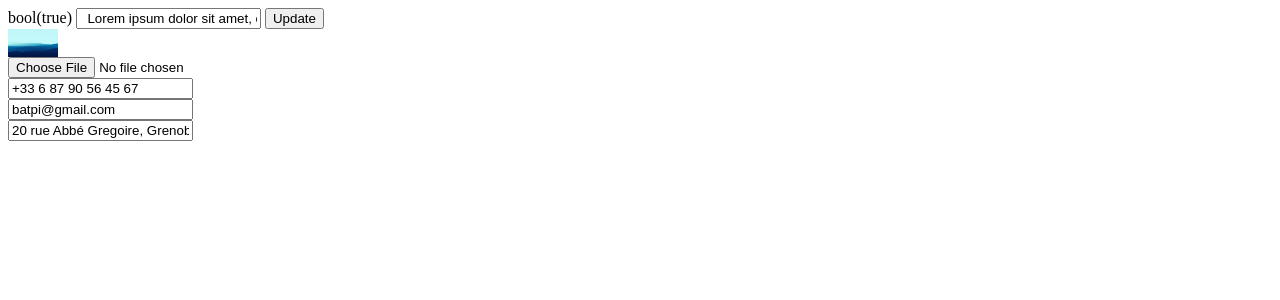
Repository: Yoon-Dev/ProjetS4
Page: http://localhost/backoffice/admin/index.php
The author's editor kept a record of every edit. The page is drawn from the files as they stood at one moment, then again after the next edit.
The browser window is 1280 px wide. The pictures show the whole page.
The page is run by PHP 8.4 with error messages shown; the project is at /var/www/html/. The session is filled in as if someone had signed in: {"acces": true}. The database holds what the project's SQL file puts in it.

Above is the page before.

After the next edit:
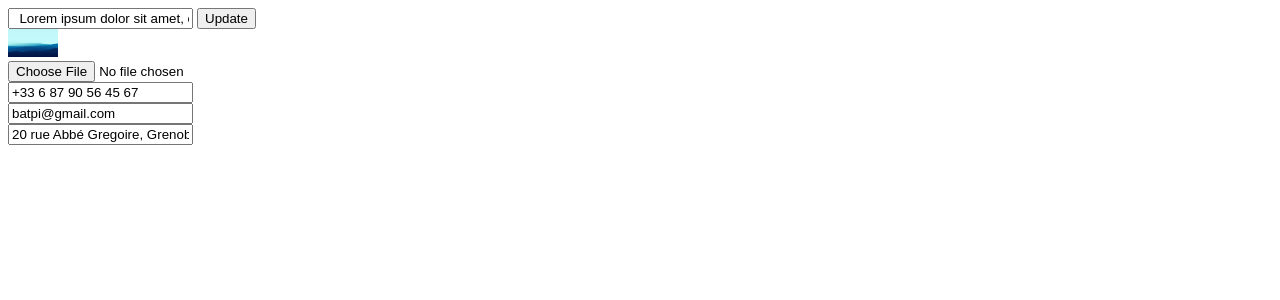
The edit:
--- a/utils/checkAcces.php
+++ b/utils/checkAcces.php
@@ -2,7 +2,6 @@
 
 function checkAcces(string $redirect)
 {
-    var_dump($_SESSION['acces']);
 
    if(!$_SESSION['acces']){
        // header("Location: ".$redirect);
